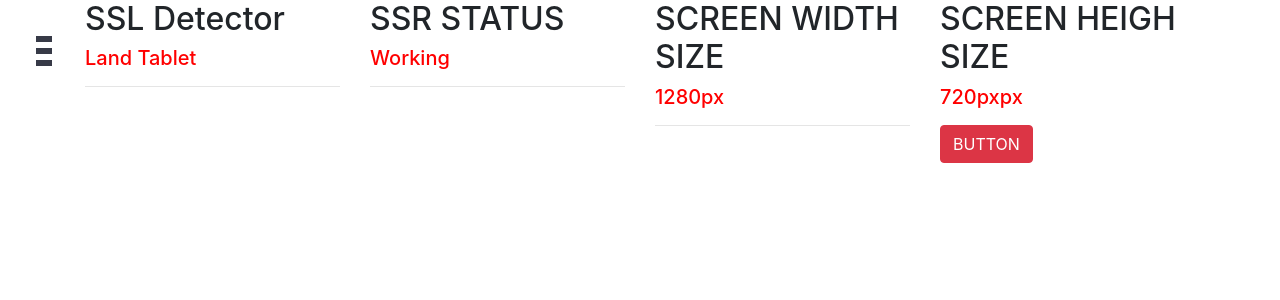
Repository: adrihle/screen-detector-nextpwa
Page: /
These files come from the project's save history. The page is drawn as it stood at one moment and after the next save; the edit follows.
The browser window is 1280 px wide. The pictures show the whole page.
The project was rebuilt for these pictures with package versions that can differ from the ones it lists, and the page was loaded fresh each time. The framework's server and built-in components were replaced by stand-ins that run in the browser. Imported but missing from the stored project, and not drawn on this page: pages/_document.

Above is the page before, as saved 2020-12-29 18:40:30.

After the next save:
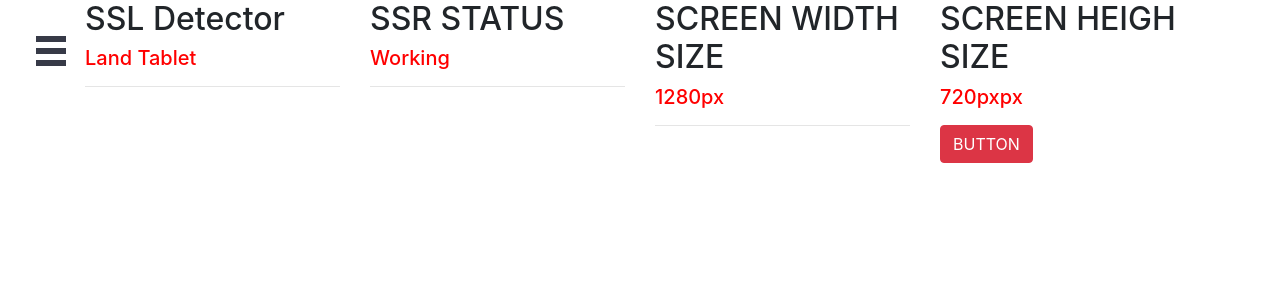
Saved 19 s later.
--- a/components/navigation/mobile.tsx
+++ b/components/navigation/mobile.tsx
@@ -3,7 +3,7 @@ import { slide as Menu } from 'react-burger-menu'
 var styles = {
     bmBurgerButton: {
       position: 'fixed',
-      width: '1em',
+      width: '30px',
       height: '30px',
       left: '36px',
       top: '36px'
